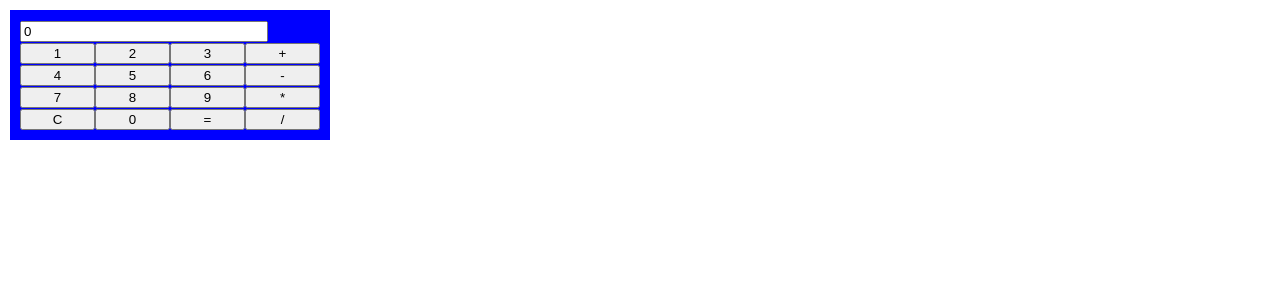
Repository: qudos4real/calculator
Page: /
The author's editor kept a copy of each file at every save. The page is drawn from the files as they stood at one save, then again after the next save.
The browser window is 1280 px wide. The pictures show the whole page.
The project was rebuilt for these pictures with package versions that can differ from the ones it lists, and the page was loaded fresh each time.

Above is the page before, as saved 2022-10-09 13:07:07.

After the next save:
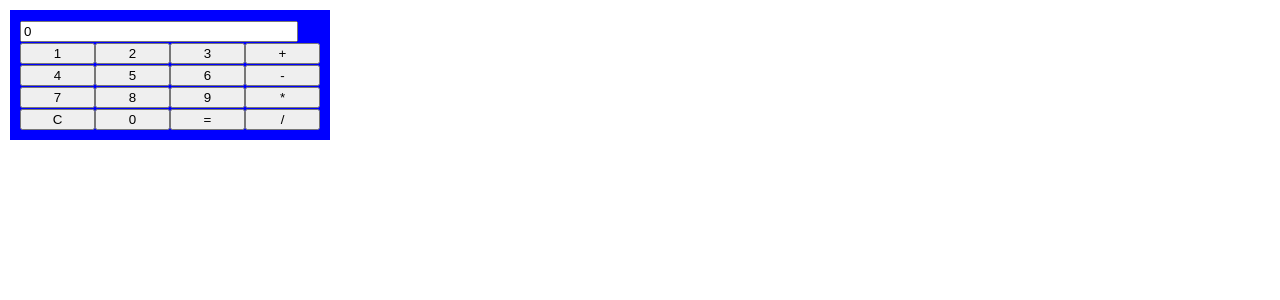
Saved 6 s later.
--- a/src/components/Calculator.css
+++ b/src/components/Calculator.css
@@ -8,5 +8,5 @@
     width: 25%;
 }
 .screen {
-    width: 80%;
+    width: 90%;
 }
